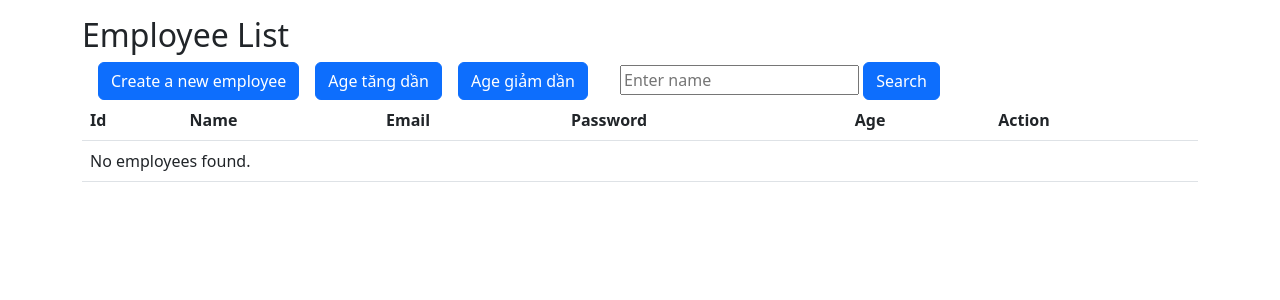
Repository: HoangLinh2001/PHP
Page: http://localhost/search_name.php
The author's editor kept a copy of each file at every save. The page is drawn from the files as they stood at one save, then again after the next save.
The browser window is 1280 px wide. The pictures show the whole page.
The page is run by PHP 8.4 with error messages shown; the project is at /var/www/html/. Queries for data that is not in the repository find no rows.

Above is the page before, as saved 2023-06-21 15:31:33.

### DEMOPHPBUOI2/search_name.php
<?php
require_once('connectdb.php');

if (isset($_GET['search_name'])) {
    $searchName = $_GET['search_name'];
    $sql = "SELECT * FROM emptb WHERE name LIKE '%$searchName%'";
    $result = $con->query($sql);
} else {
    $sql = "SELECT * FROM emptb";
    $result = $con->query($sql);
}
?>

<!DOCTYPE html>
<html lang="en">

<head>
    <title>Bootstrap Example</title>
    <meta charset="utf-8">
    <meta name="viewport" content="width=device-width, initial-scale=1">
    <link href="https://cdn.jsdelivr.net/npm/bootstrap@5.2.3/dist/css/bootstrap.min.css" rel="stylesheet">
    <script src="https://cdn.jsdelivr.net/npm/bootstrap@5.2.3/dist/js/bootstrap.bundle.min.js"></script>
    <style>
        .create-filter-employee{
            display: flex;
        }
        .create-filter-employee a{
            margin-left: 1rem;
        }

        .create-filter-employee .search-form{
            margin-left: 2rem;
        }
    </style>
</head>

<body>
    <div class="container mt-3">
        <h2>Employee List</h2>
        <div class="create-filter-employee">
            <a class="btn btn-primary" href="create_employee.php">Create a new employee</a>
            <a class="btn btn-primary" href="age_asc.php">Age tăng dần</a>
            <a class="btn btn-primary" href="age_desc.php">Age giảm dần</a>
            <form action="search_name.php" method="GET" class="search-form">
                <input type="text" name="search_name" placeholder="Enter name" />
                <button type="submit" class="btn btn-primary">Search</button>
            </form>
        </div>
        <table class="table">
            <thead>
                <tr>
                    <th>Id</th>
                    <th>Name</th>
                    <th>Email</th>
                    <th>Password</th>
                    <th>Age</th>
                    <th>Action</th>
                </tr>
            </thead>
            <tbody>
                <?php
                if ($result->num_rows > 0) {
                    foreach ($result as $item) {
                ?>
                        <tr>
                            <td><?php echo $item['id'] ?></td>
                            <td><?php echo $item['name'] ?></td>
                            <td><?php echo $item['email'] ?></td>
                            <td><?php echo $item['password'] ?></td>
                            <td><?php echo $item['age'] ?></td>
                            <td>
                                <a class="btn btn-danger" href="delete_employee.php?id=<?php echo $item['id'] ?>">Delete</a>
                                <a class="btn btn-primary" href="update_employee.php?id=<?php echo $item['id'] ?>">Update</a>
                            </td>
                        </tr>
                <?php
                    }
                } else {
                    echo "<tr><td colspan='6'>No employees found.</td></tr>";
                }
                ?>
            </tbody>
        </table>
    </div>
</body>

</html>

### DEMOPHPBUOI2/connectdb.php
<?php
    $serverName = "localhost";
    $username = "root";
    $password = "";
    $dbname = "emdatabase";
    //create connection
    $con = new mysqli($serverName,$username,$password,$dbname);
    //check connection
    // if ($con -> connect_error) {
    //     die("connection failed: ".$con->connect_error);
    // }
    // echo "connect successfully !";
?>

After the next save:
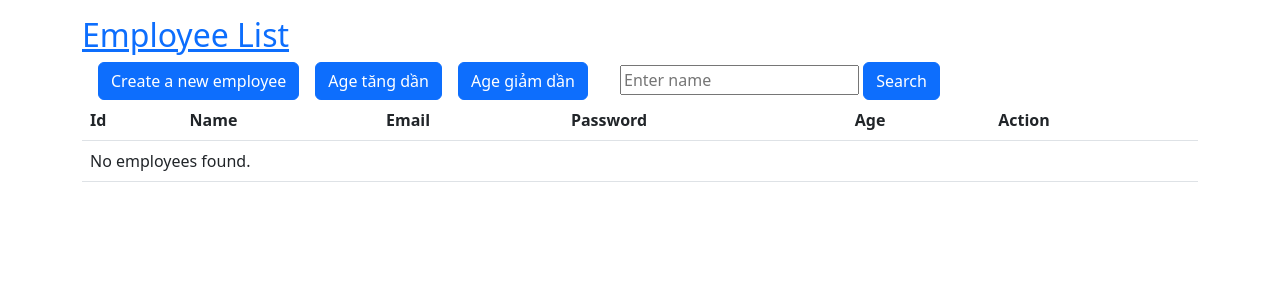
Saved 12 s later.
--- a/DEMOPHPBUOI2/search_name.php
+++ b/DEMOPHPBUOI2/search_name.php
@@ -36,7 +36,7 @@ if (isset($_GET['search_name'])) {
 
 <body>
     <div class="container mt-3">
-        <h2>Employee List</h2>
+    <a href="list_employee.php"><h2>Employee List</h2></a>
         <div class="create-filter-employee">
             <a class="btn btn-primary" href="create_employee.php">Create a new employee</a>
             <a class="btn btn-primary" href="age_asc.php">Age tăng dần</a>
